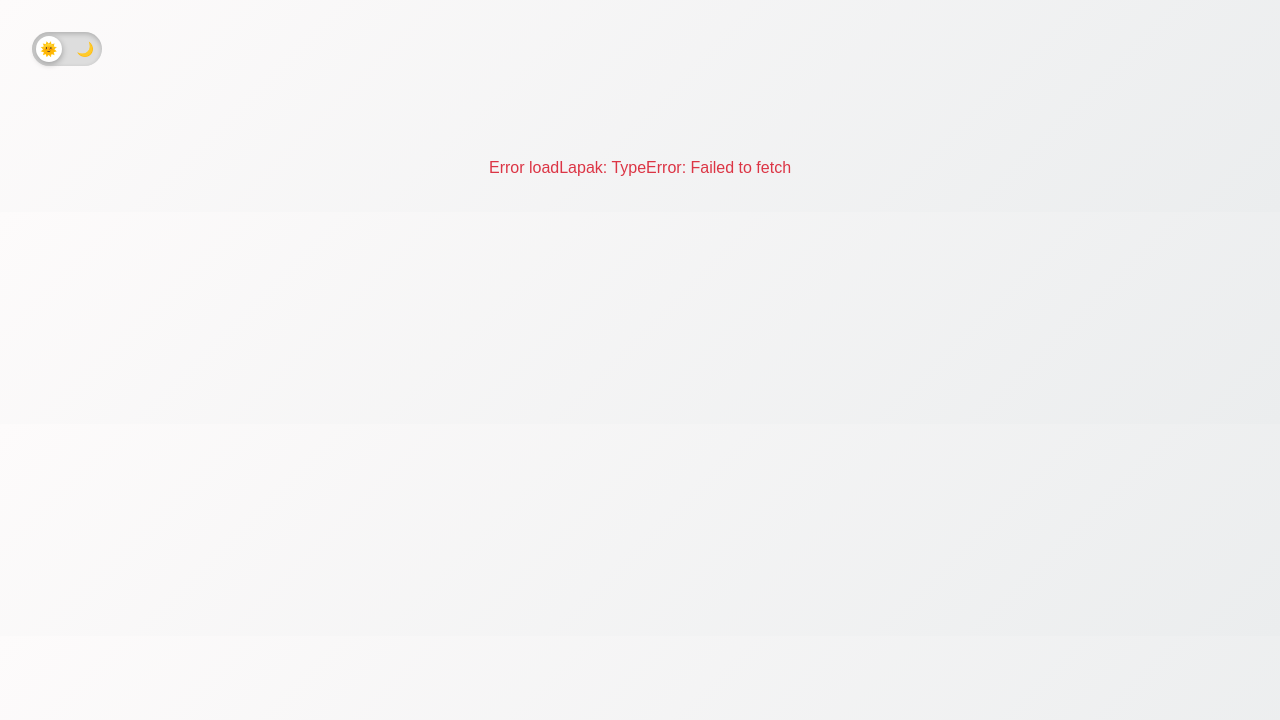
Repository: pasarrakyatbak/absensi
Page: index.html
An editor plug-in stored every save of this project. The page is shown before and after the next save, followed by the edit.
The browser window is 1280 px wide. The pictures show the whole page.
The page's requests for data from a server got no answer.

Above is the page before, as saved 2025-09-22 05:53:54.

After the next save:
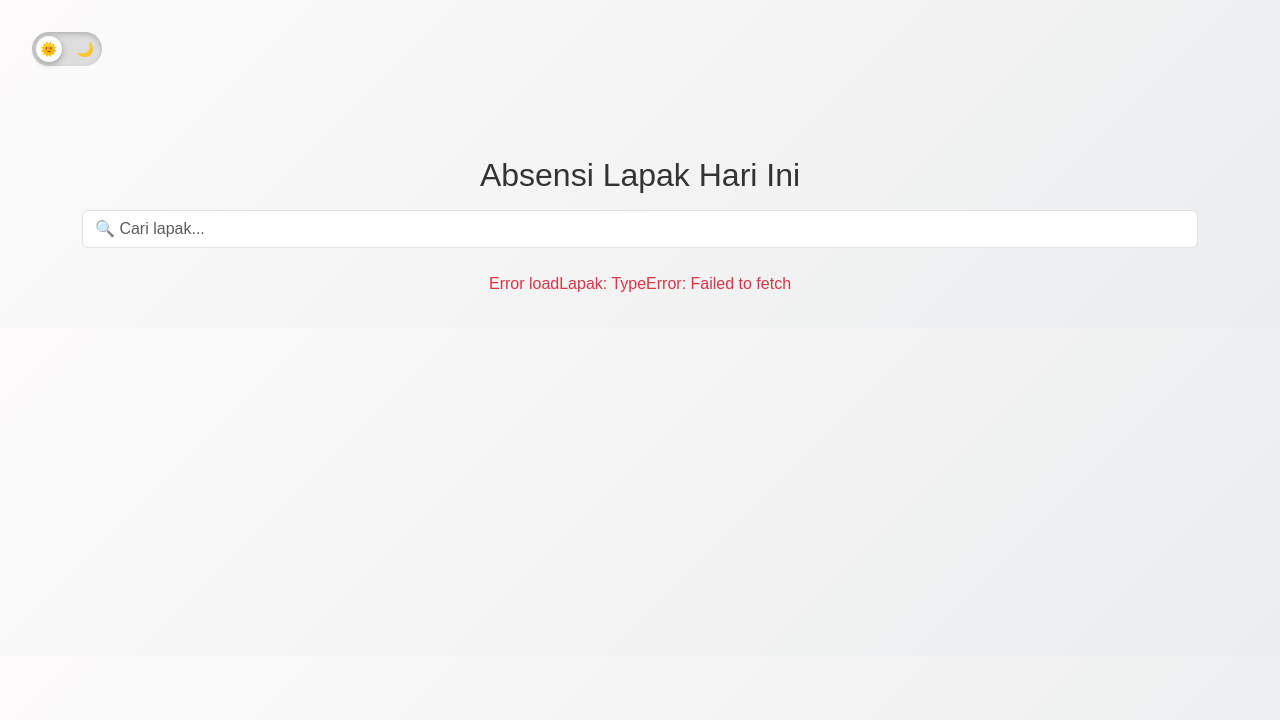
Saved 5 s later.
--- a/index.html
+++ b/index.html
@@ -27,7 +27,9 @@
 
         <!-- Info Banner -->
         <div id="absensiInfoBanner" class="alert text-center mb-3"></div>
-
+        <!-- Judul & Search -->
+        <h2 class="mb-3 text-center">Absensi Lapak Hari Ini</h2>
+        <input type="text" id="searchInput" class="form-control mb-4" placeholder="🔍 Cari lapak...">
         <!-- Daftar Lapak -->
         <div id="lapakContainer" class="row"></div>
     </div>
